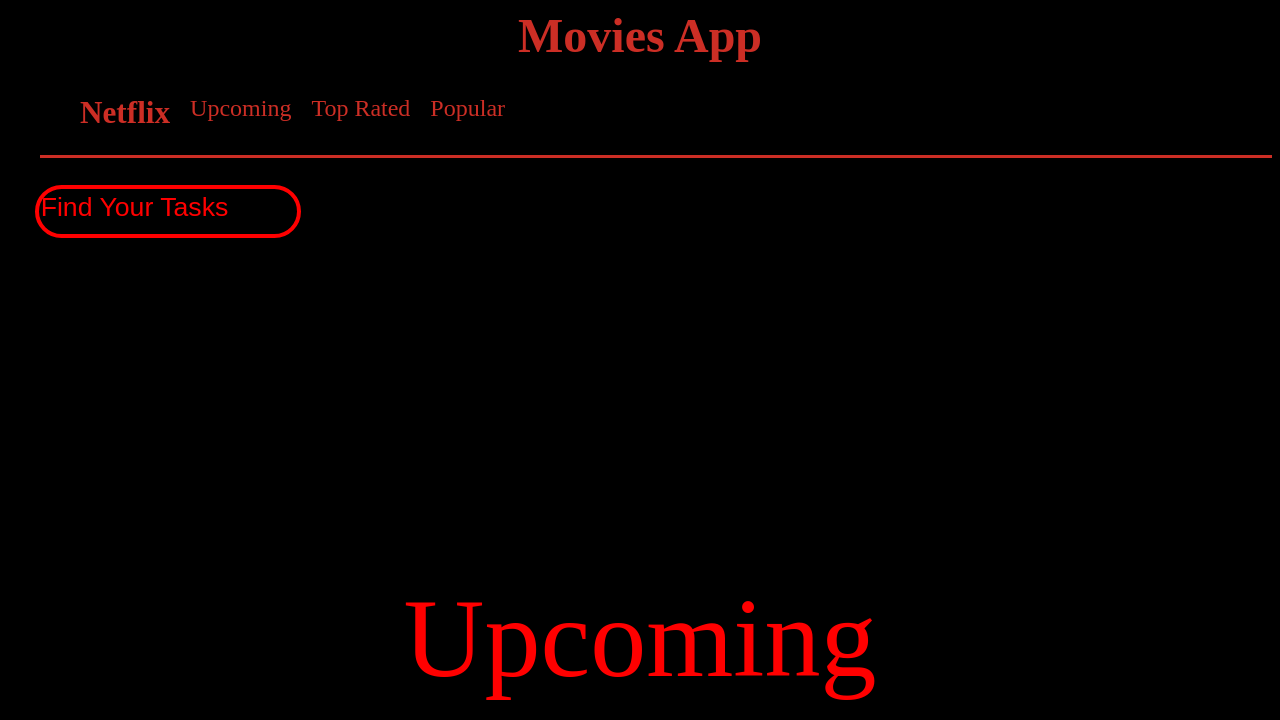
Repository: runner855/movie-app
Page: /
The author's editor kept a copy of each file at every save. The page is drawn from the files as they stood at one save, then again after the next save.
The browser window is 1280 px wide. The pictures show the whole page.
The project was rebuilt for these pictures with package versions that can differ from the ones it lists, and the page was loaded fresh each time. Also part of the build but not shown: src/styles/TopRated.css, src/components/TopRated.tsx, src/styles/Popular.css, src/components/Popular.tsx.

Above is the page before, as saved 2022-11-16 17:37:24.

### src/index.tsx
import React from "react";
import ReactDOM from "react-dom/client";
import { BrowserRouter } from "react-router-dom";
import "./styles/index.css";
import { App } from "./components/App";

const root = ReactDOM.createRoot(
  document.getElementById("root") as HTMLElement
);
root.render(
  <React.StrictMode>
    <BrowserRouter>
      <App />
    </BrowserRouter>
  </React.StrictMode>
);

### src/styles/index.css
body {
  background-color: #000000;
}

code {
  font-family: source-code-pro, Menlo, Monaco, Consolas, "Courier New",
    monospace;
}

### src/components/App.tsx
import React from "react";
import "../styles/App.css";
import { BrowserRouter as Router, Routes, Route, Link } from "react-router-dom";

import { NavBar } from "../components/NavBar";
import { TopRated } from "../components/TopRated";
import { Upcoming } from "./Upcoming";
import { Popular } from "./Popular";
import { MoviesFilter } from "./MoviesFilter";

export const App = () => {
  return (
    <div className="App">
      <div className="title">Movies App</div>

      <NavBar />
      <MoviesFilter />

      <Routes>
        <Route path="/" element={<Upcoming />} />

        <Route path="/top-rated" element={<TopRated />} />
        <Route path="/popular" element={<Popular />} />
      </Routes>
    </div>
  );
};

### src/styles/App.css
.title {
  color: #cc2e25;
  text-align: center;
  font-weight: bold;
  font-size: 3em;
}

### src/components/NavBar.tsx
import * as React from "react";
import "../styles/NavBar.css";
import { Link } from "react-router-dom";

export const NavBar = () => {
  return (
    <header className="navbar">
      <nav>
        <ul>
          <li className="logo">Netflix</li>
          <li>
            <Link className="item" to="/">
              Upcoming
            </Link>
          </li>
          <li>
            <Link className="item" to="/top-rated">
              Top Rated
            </Link>
          </li>
          <li>
            <Link className="item" to="/popular">
              Popular
            </Link>
          </li>
        </ul>
      </nav>
    </header>
  );
};

### src/components/Upcoming.tsx
import React from "react";
import "../styles/Upcoming.css";

export const Upcoming = () => {
  return <div className="upcoming_page">Upcoming</div>;
};

### src/components/MoviesFilter.tsx
import * as React from "react";
import "../styles/MoviesFilter.css";

export const MoviesFilter = () => {
  return (
    <div className="movie_search">
      <input
        className="search-input"
        type="search"
        // onChange={(e) => setValue(e.target.value)}
        // value={value}
        placeholder={"Find Your Tasks"}
      />
    </div>
  );
};

### src/styles/NavBar.css
ul {
  text-align: left;
  list-style: none;
  font-size: 1.5em;
  display: flex;
}
ul li {
  margin-right: 20px;
  color: #cc2e25;
}

a {
  text-decoration: none;
}

a,
a:visited,
a:hover,
a:active {
  color: inherit;
}

.navbar {
  margin: 2em 0em 0em 2em;
}
a:hover {
  border-bottom: solid 3px #cc2e25;
}

.logo {
  font-weight: bold;
  font-size: 1.3em;
}

.navbar {
  border-bottom: #cc2e25 solid 0.2em;
}

### src/styles/Upcoming.css
.upcoming_page {
  color: red;
  text-align: center;
  margin-top: 3em;
  font-size: 7em;
}

### src/styles/MoviesFilter.css
.movie_search input {
  text-align: left;
  margin: 2em 0em 0em 2em;
}

input {
  border: solid red 0.3em;
  border-radius: 2em;
  background-color: #0000;
  width: 20em;
  height: 4em;
}

input::placeholder {
  color: red;
  font-size: 2em;
}

Loaded but not shown: public/index.html (common file)

After the next save:
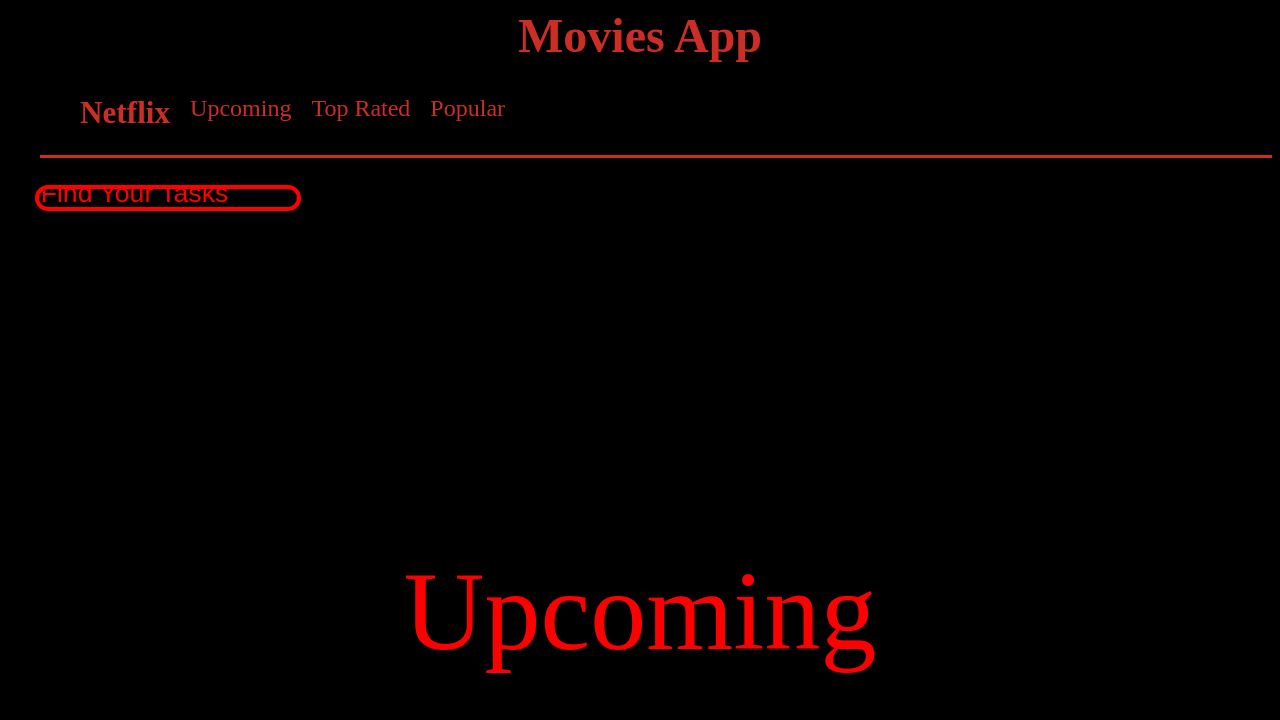
Saved 8 s later.
--- a/src/styles/MoviesFilter.css
+++ b/src/styles/MoviesFilter.css
@@ -8,7 +8,7 @@
   border-radius: 2em;
   background-color: #0000;
   width: 20em;
-  height: 4em;
+  height: 2em;
 }
 
 input::placeholder {
